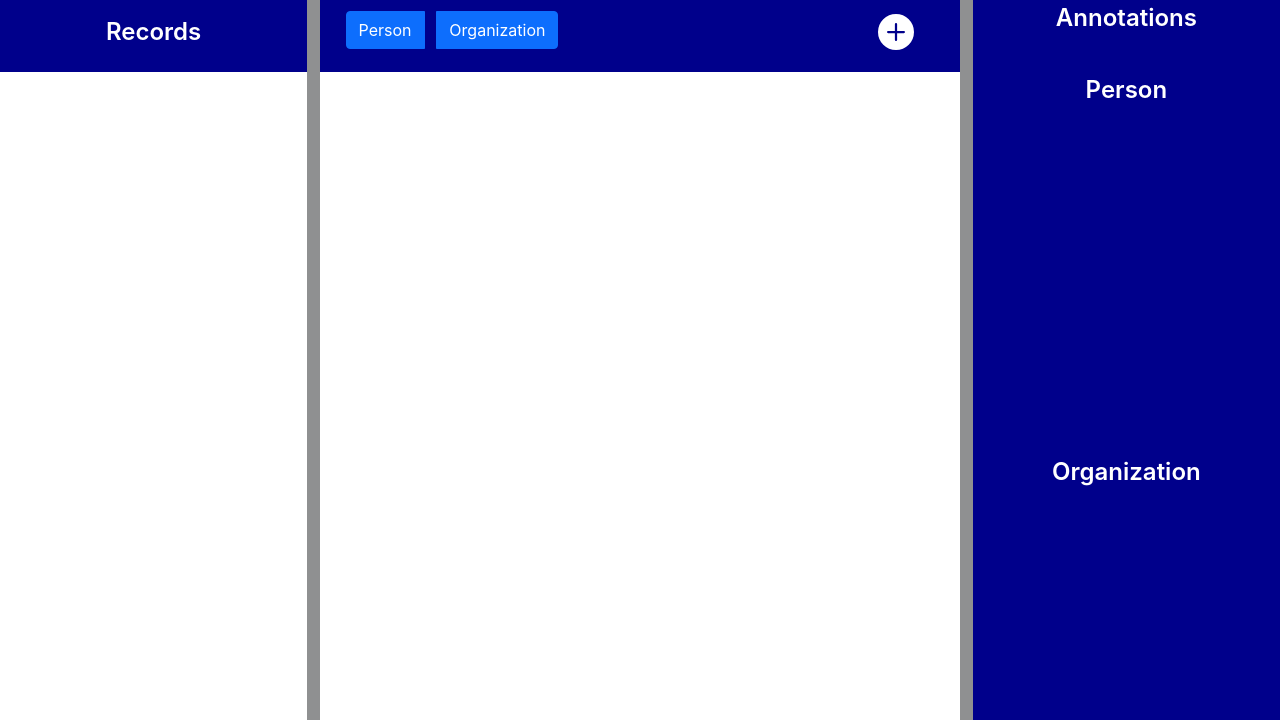
Repository: napan24/classforma_assignment
Page: / (app in client/)
These files come from the project's save history. The page is drawn as it stood at one moment and after the next save; the edit follows.
The browser window is 1280 px wide. The pictures show the whole page.
The project was rebuilt for these pictures with package versions that can differ from the ones it lists, and the page was loaded fresh each time. Also part of the build but not shown: client/src/App.css.

Above is the page before, as saved 2022-07-20 15:30:47.

### client/public/index.html
<!DOCTYPE html>
<html lang="en">
  <head>
    <meta charset="utf-8" />
    <link rel="icon" href="%PUBLIC_URL%/favicon.ico" />
    <meta name="viewport" content="width=device-width, initial-scale=1" />
    <meta name="theme-color" content="#000000" />
    <meta
      name="description"
      content="Web site created using create-react-app"
    />
    <link href="https://cdn.jsdelivr.net/npm/bootstrap@5.1.3/dist/css/bootstrap.min.css" rel="stylesheet" integrity="sha384-1BmE4kWBq78iYhFldvKuhfTAU6auU8tT94WrHftjDbrCEXSU1oBoqyl2QvZ6jIW3" crossorigin="anonymous">
    <link rel="apple-touch-icon" href="%PUBLIC_URL%/logo192.png" />
    <!--
      manifest.json provides metadata used when your web app is installed on a
      user's mobile device or desktop. See https://developers.google.com/web/fundamentals/web-app-manifest/
    -->
    <link rel="manifest" href="%PUBLIC_URL%/manifest.json" />
    <!--
      Notice the use of %PUBLIC_URL% in the tags above.
      It will be replaced with the URL of the `public` folder during the build.
      Only files inside the `public` folder can be referenced from the HTML.

      Unlike "/favicon.ico" or "favicon.ico", "%PUBLIC_URL%/favicon.ico" will
      work correctly both with client-side routing and a non-root public URL.
      Learn how to configure a non-root public URL by running `npm run build`.
    -->
    <title>React App</title>
  </head>
  <body>
    <noscript>You need to enable JavaScript to run this app.</noscript>
    <div id="root"></div>
    <!--
      This HTML file is a template.
      If you open it directly in the browser, you will see an empty page.

      You can add webfonts, meta tags, or analytics to this file.
      The build step will place the bundled scripts into the <body> tag.

      To begin the development, run `npm start` or `yarn start`.
      To create a production bundle, use `npm run build` or `yarn build`.
    -->
    <script src="https://cdn.jsdelivr.net/npm/bootstrap@5.1.3/dist/js/bootstrap.bundle.min.js" integrity="sha384-ka7Sk0Gln4gmtz2MlQnikT1wXgYsOg+OMhuP+IlRH9sENBO0LRn5q+8nbTov4+1p" crossorigin="anonymous"></script>
  </body>
</html>

### client/src/App.js
import logo from './logo.svg';
import './App.css';
import Home from './Home';

function App() {
  return (
    <>
      <Home></Home>
    </>
  );
}

export default App;

### client/src/Home.js
'strict origin'
import React, { useState, useEffect } from 'react'
const Home = () => {
    const [textField, setTextField] = useState();
    const [person, setPerson] = useState();
    const [place, setPlace] = useState();
    const [personName, setPersonName] = useState(['']);
    const [placeName, setPlaceName] = useState(['']);
    useEffect(() => {
        if (textField) {
            trending();
        }
    }, [textField])
    const trending = async () => {
        const res = await fetch("/", {
            method: 'POST',
            headers: {
                "Content-Type": "application/json"
            },
            body: JSON.stringify({ textField })
        });
        const result = await res.json();
        setPerson(result.filter((arr) => arr.type == 'Person'));
        setPlace(result.filter((arr) => arr.type == 'Place'));
    };
    useEffect(() => {
        if (person) {
            person.forEach(function (arrayItem) {
                setPersonName(curr => [...curr, arrayItem.entityId]);
            });
        }
    }, [person])
    useEffect(() => {
        setPlaceName(['']);
        if (place) {
            place.forEach(function (arrayItem) {
                setPlaceName(curr => [...curr, arrayItem.entityId]);
            });
        }
    }, [place])
    const showFile = async (e) => {
        e.preventDefault()
        const reader = new FileReader()
        reader.onload = async (e) => {
            const text = (e.target.result)
            setTextField(text);
        };
        reader.readAsText(e.target.files[0])
    }
    return (
        <>
            <div style={{ display: 'flex', width: "100vw", height: "100vh", backgroundColor: "#8f9091" }}>
                <div style={{ width: "24vw", height: "100vh", backgroundColor: "white", marginRight: "1vw" }}>
                    <div style={{ width: "24vw", height: "10vh", backgroundColor: "#00008b", textAlign: 'center', fontSize: '150%', color: "white", fontWeight: "600", position: "fixed" }}>
                        <p style={{ marginTop: "2vh" }}>
                            Records
                        </p>
                    </div>
                    <div>

                    </div>
                </div>
                <div style={{ width: "50vw", height: "100vh", backgroundColor: "white", marginRight: "1vw", overflowY: "unset" }}>
                    <div style={{ width: "50vw", height: "10vh", backgroundColor: "#00008b", position: 'relative', overflowY: 'hidden' }}>
                        <div class="btn-group" style={{ marginTop: "1.5vh", marginLeft: "2vw" }}>
                            <button type="button" class="btn btn-primary" style={{ marginRight: "1vw" }}>Person</button>
                            <button type="button" class="btn btn-primary">Organization</button>
                        </div>
                        <label for="file">
                            <svg style={{ width: "20%", height: "50%", position: "absolute", right: "0", top: "2vh", color: "white" }} xmlns="http://www.w3.org/2000/svg" fill="currentColor" class="bi bi-plus-circle-fill" viewBox="0 0 16 16">
                                <path d="M16 8A8 8 0 1 1 0 8a8 8 0 0 1 16 0zM8.5 4.5a.5.5 0 0 0-1 0v3h-3a.5.5 0 0 0 0 1h3v3a.5.5 0 0 0 1 0v-3h3a.5.5 0 0 0 0-1h-3v-3z" />
                            </svg>
                        </label>
                        <input type="file" id="file" onChange={(e) => showFile(e)} style={{ display: "none" }} />
                    </div>
                    <div style={{ width: "48vw", height: "85vh", marginLeft: "2vw", marginTop: "5vh", overflowY: "scroll" }}>
                        {textField}
                    </div>
                </div>
                <div style={{ width: "24vw", height: "100vh", backgroundColor: "blue" }}>
                    <div style={{ width: "24vw", height: "10vh", backgroundColor: "#00008b", textAlign: 'center', fontSize: '150%', color: "white", fontWeight: "600" }}>
                        <p>
                            Annotations
                        </p>
                    </div>
                    <div style={{ width: "24vw", height: "5vh", backgroundColor: "#00008b", textAlign: 'center', fontSize: '150%', color: "white", fontWeight: "600" }}>
                        <p>
                            Person
                        </p>
                    </div>
                    <div style={{ width: "24vw", height: "48vh", backgroundColor: "#00008b", textAlign: 'center', fontSize: '150%', color: "white", fontWeight: "600", zIndex: "2", overflowY: "scroll" }}>
                        {personName && personName.map((user) => (
                            user.length > 0 && <div style={{ width: "23vw", backgroundColor: "black", color: "white", height: "3vh", fontSize: "2vh", borderBottom: '1px solid white' }}>
                                {user}
                            </div>
                        ))}
                    </div>
                    <div style={{ width: "24vw", height: "5vh", backgroundColor: "#00008b", textAlign: 'center', fontSize: '150%', color: "white", fontWeight: "600" }}>
                        <p>
                            Organization
                        </p>
                    </div>
                    <div style={{ width: "24vw", height: "50vh", backgroundColor: "#00008b", textAlign: 'center', fontSize: '150%', color: "white", fontWeight: "600", position: "fixed", overflowY: "scroll" }}>
                        {placeName && placeName.map((user) => (
                            user.length > 0 && <div style={{ width: "23vw", backgroundColor: "black", color: "white", height: "3vh", fontSize: "2vh", borderBottom: '1px solid white' }}>
                                {user}
                            </div>
                        ))}
                    </div>
                </div>
            </div>
        </>
    )
}

export default Home

Loaded but not shown: client/src/index.js (common file); client/src/index.css (common file); client/src/reportWebVitals.js (common file)

After the next save:
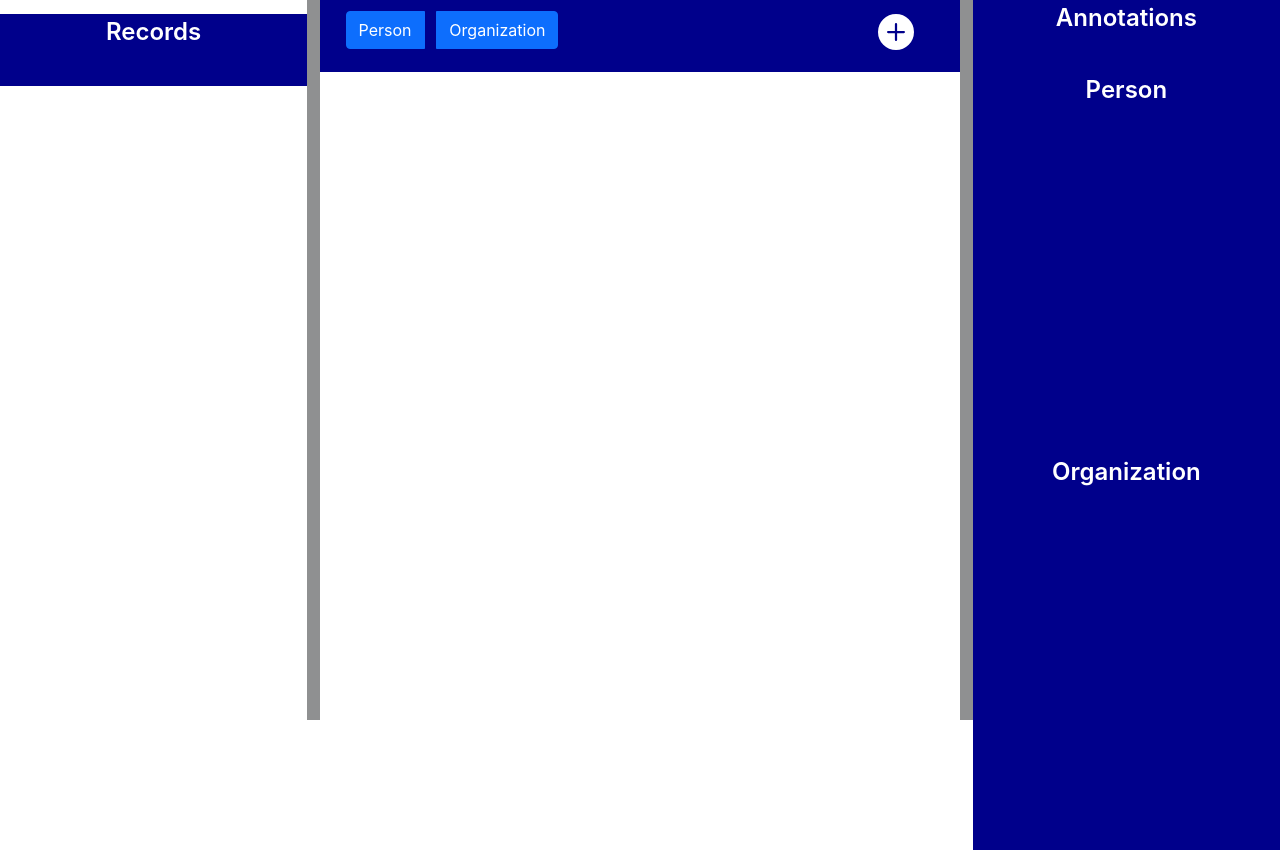
Saved 67 s later.
--- a/client/src/Home.js
+++ b/client/src/Home.js
@@ -51,7 +51,7 @@
         <>
             <div style={{ display: 'flex', width: "100vw", height: "100vh", backgroundColor: "#8f9091" }}>
                 <div style={{ width: "24vw", height: "100vh", backgroundColor: "white", marginRight: "1vw" }}>
-                    <div style={{ width: "24vw", height: "10vh", backgroundColor: "#00008b", textAlign: 'center', fontSize: '150%', color: "white", fontWeight: "600", position: "fixed" }}>
+                    <div style={{ width: "24vw", height: "10vh", backgroundColor: "#00008b", textAlign: 'center', fontSize: '150%', color: "white", fontWeight: "600" }}>
                         <p style={{ marginTop: "2vh" }}>
                             Records
                         </p>
@@ -100,7 +100,7 @@
                             Organization
                         </p>
                     </div>
-                    <div style={{ width: "24vw", height: "50vh", backgroundColor: "#00008b", textAlign: 'center', fontSize: '150%', color: "white", fontWeight: "600", position: "fixed", overflowY: "scroll" }}>
+                    <div style={{ width: "24vw", height: "50vh", backgroundColor: "#00008b", textAlign: 'center', fontSize: '150%', color: "white", fontWeight: "600", overflowY: "scroll" }}>
                         {placeName && placeName.map((user) => (
                             user.length > 0 && <div style={{ width: "23vw", backgroundColor: "black", color: "white", height: "3vh", fontSize: "2vh", borderBottom: '1px solid white' }}>
                                 {user}

After the save that followed:
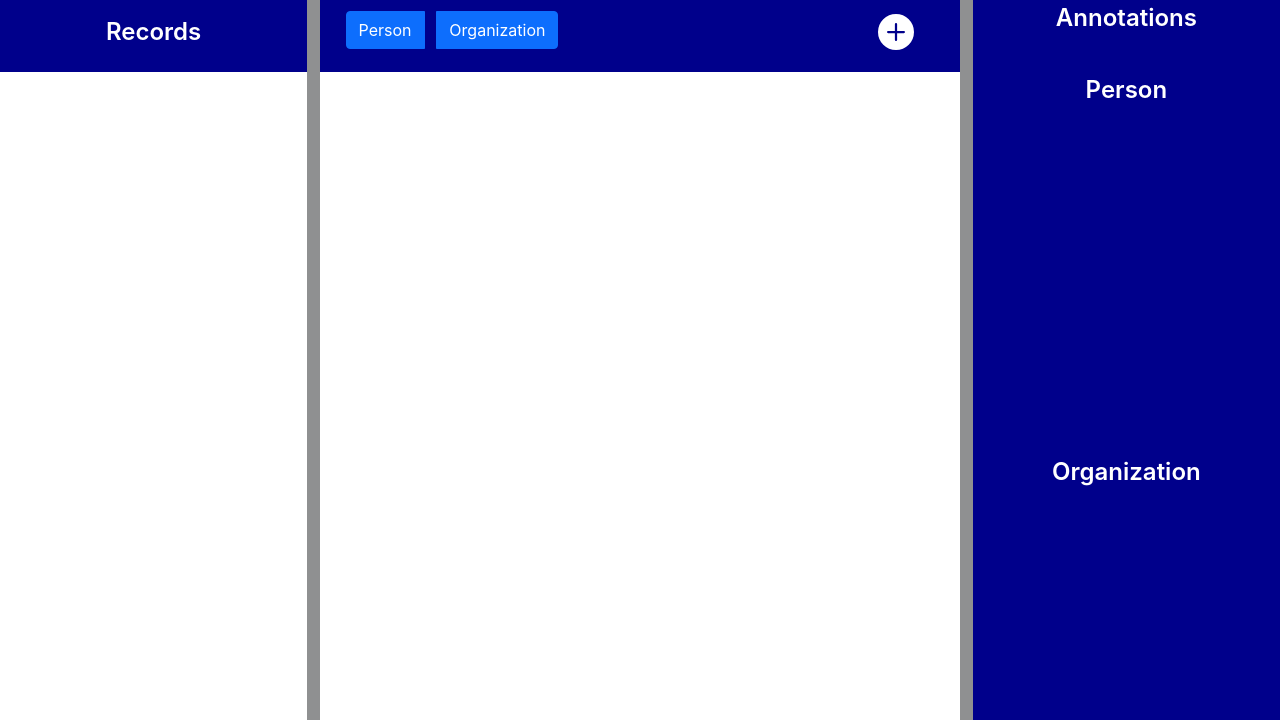
Saved 12 s later.
--- a/client/src/Home.js
+++ b/client/src/Home.js
@@ -51,7 +51,7 @@
         <>
             <div style={{ display: 'flex', width: "100vw", height: "100vh", backgroundColor: "#8f9091" }}>
                 <div style={{ width: "24vw", height: "100vh", backgroundColor: "white", marginRight: "1vw" }}>
-                    <div style={{ width: "24vw", height: "10vh", backgroundColor: "#00008b", textAlign: 'center', fontSize: '150%', color: "white", fontWeight: "600" }}>
+                    <div style={{ width: "24vw", height: "10vh", backgroundColor: "#00008b", textAlign: 'center', fontSize: '150%', color: "white", fontWeight: "600", position: "fixed" }}>
                         <p style={{ marginTop: "2vh" }}>
                             Records
                         </p>
@@ -100,7 +100,7 @@
                             Organization
                         </p>
                     </div>
-                    <div style={{ width: "24vw", height: "50vh", backgroundColor: "#00008b", textAlign: 'center', fontSize: '150%', color: "white", fontWeight: "600", overflowY: "scroll" }}>
+                    <div style={{ width: "24vw", height: "50vh", backgroundColor: "#00008b", textAlign: 'center', fontSize: '150%', color: "white", fontWeight: "600", position: "fixed", overflowY: "scroll" }}>
                         {placeName && placeName.map((user) => (
                             user.length > 0 && <div style={{ width: "23vw", backgroundColor: "black", color: "white", height: "3vh", fontSize: "2vh", borderBottom: '1px solid white' }}>
                                 {user}
